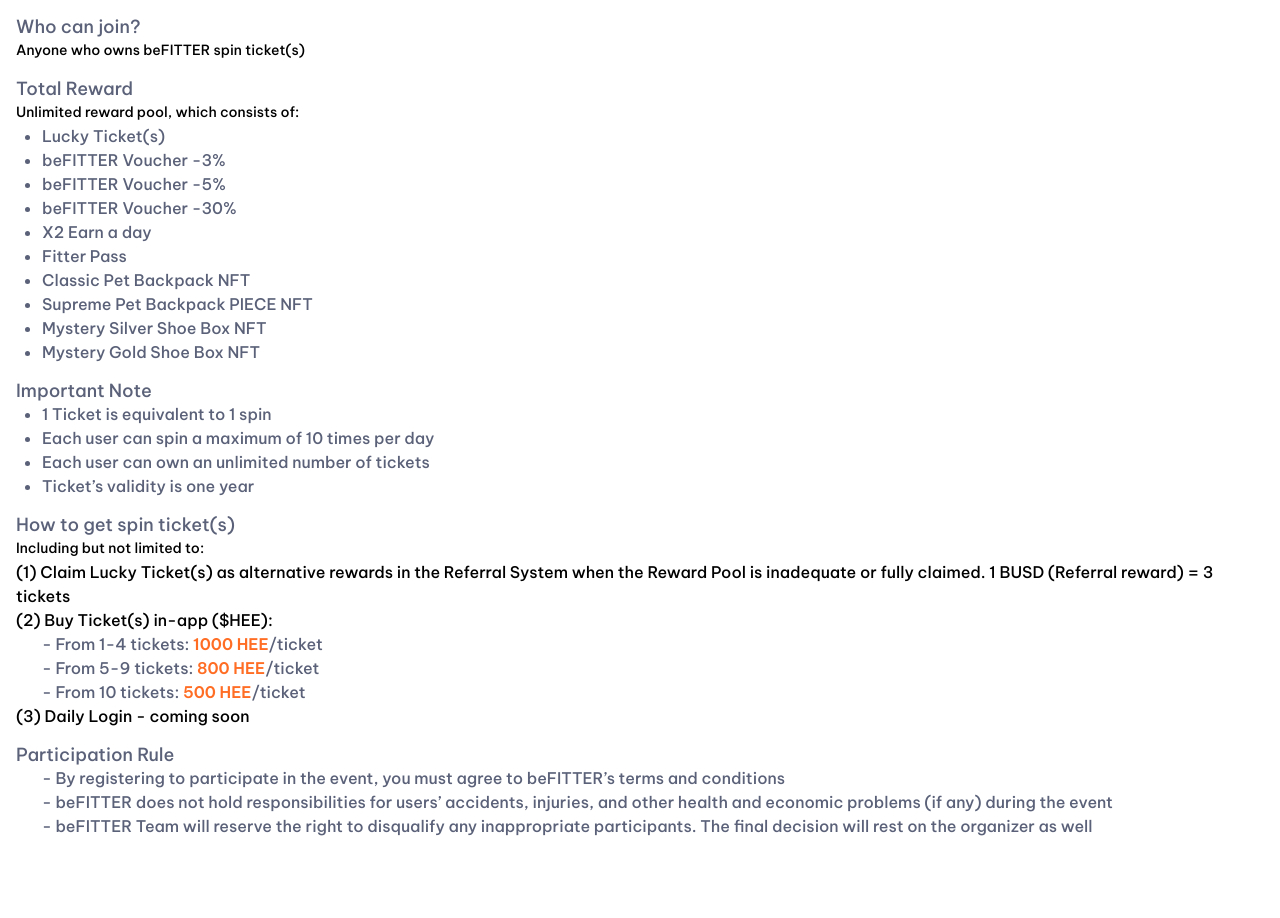
Repository: namvh123/lucky_draw_rule
Page: index.html
These files come from the project's save history. The page is drawn as it stood at one moment and after the next save; the edit follows.
The browser window is 1280 px wide. The pictures show the whole page.

Above is the page before, as saved 2022-11-28 11:18:35.

After the next save:
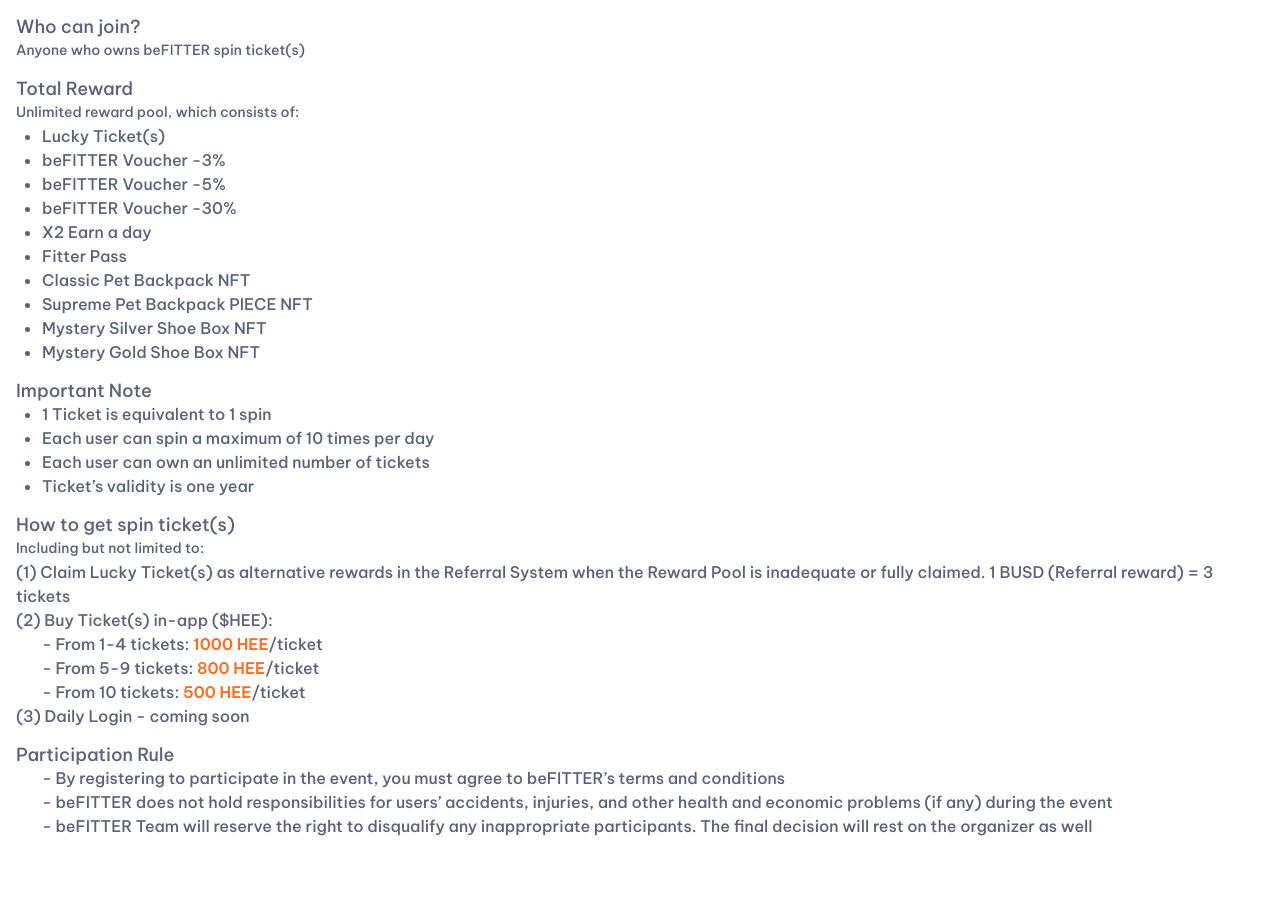
Saved 2 h 2 min later.
--- a/index.html
+++ b/index.html
@@ -150,11 +150,11 @@
    <div class="wrap mb-80">
       <div class="">
          <h2 class="title mb-0">Who can join?</h2>
-         <span class="text_item color-black text-sx">Anyone who owns beFITTER spin ticket(s)</span>
+         <span class="text_item text-sx">Anyone who owns beFITTER spin ticket(s)</span>
       </div>
 <div class="event">
          <h2 class="title mb-0">Total Reward</h2>
-         <span class="text_item color-black text-sx">Unlimited reward pool, which consists of:</span>
+         <span class="text_item text-sx">Unlimited reward pool, which consists of:</span>
          <ul class="text_item">
             <li>Lucky Ticket(s)</li>
             <li>beFITTER Voucher -3%</li>
@@ -180,15 +180,15 @@
 
       <div class="Reward">
          <h2 class="title mb-0">How to get spin ticket(s)</h2>
-         <span class="text_item color-black text-sx">Including but not limited to:</span>
-         <p class="text_item color-black text-base">(1) Claim Lucky Ticket(s) as alternative rewards in the Referral System when the Reward Pool is inadequate or fully claimed. 1 BUSD (Referral reward) = 3 tickets</p>
-         <p class="text_item color-black text-base">(2) Buy Ticket(s) in-app ($HEE):</p>
+         <span class="text_item text-sx">Including but not limited to:</span>
+         <p class="text_item  text-base">(1) Claim Lucky Ticket(s) as alternative rewards in the Referral System when the Reward Pool is inadequate or fully claimed. 1 BUSD (Referral reward) = 3 tickets</p>
+         <p class="text_item text-base">(2) Buy Ticket(s) in-app ($HEE):</p>
          <ul class="text_item list-style-none">
             <li>- From 1-4 tickets: <span class="color-primary">1000 HEE</span>/ticket</li>
             <li>- From 5-9 tickets: <span class="color-primary">800 HEE</span>/ticket</li>
             <li>- From 10 tickets: <span class="color-primary">500 HEE</span>/ticket</li>
          </ul>
-         <p class="text_item color-black text-base">(3) Daily Login - coming soon</p>
+         <p class="text_item  text-base">(3) Daily Login - coming soon</p>
       </div>
 
       <div class="event ">
